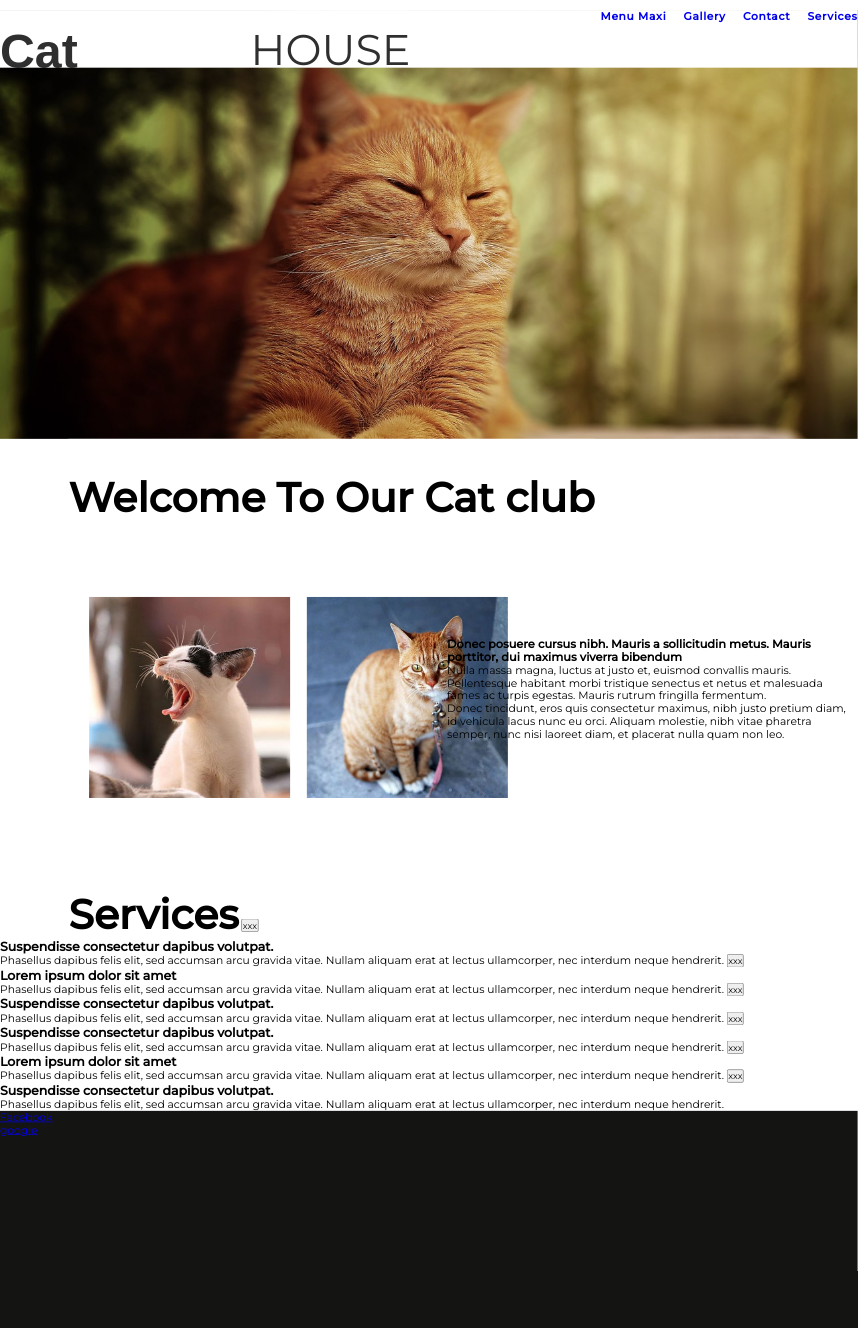
Repository: raul4264/final
Page: index.html
These files come from the project's save history. The page is drawn as it stood at one moment and after the next save; the edit follows.
The browser window is 1280 px wide. The pictures show the whole page, at 67% of full size.

Above is the page before, as saved 2021-03-18 14:04:54.

After the next save:
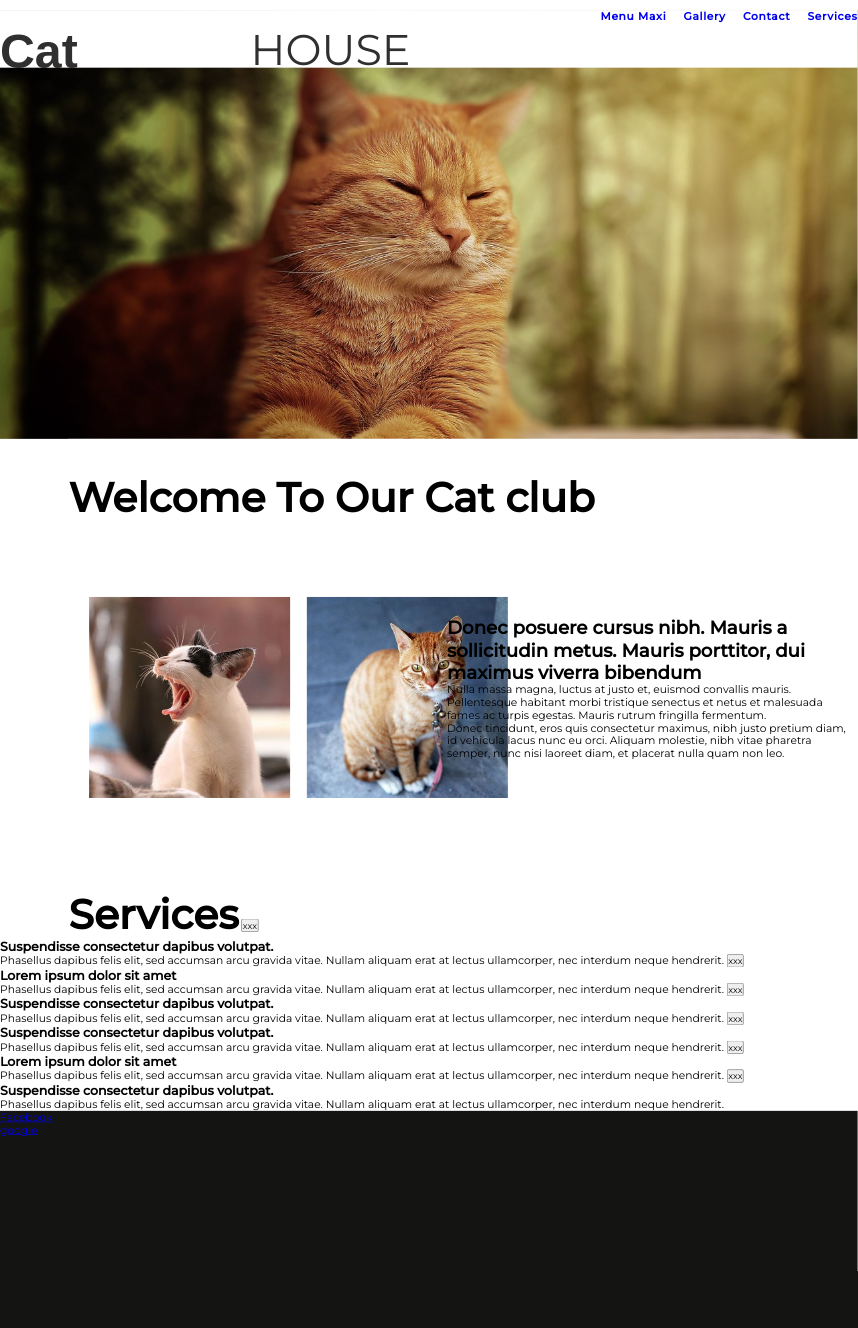
Saved 32 s later.
--- a/css/estilos.css
+++ b/css/estilos.css
@@ -163,6 +163,7 @@
     width: 600px;
     margin-right: 1vw;
     font-size: 10px
+    j
 
 }
 .container3 span{
@@ -170,7 +171,7 @@
 
 }
 span .uno{
-     margin: px 0px;
+
     font-size: 1.7em;
     font-weight: bolder;
 }

After the save that followed:
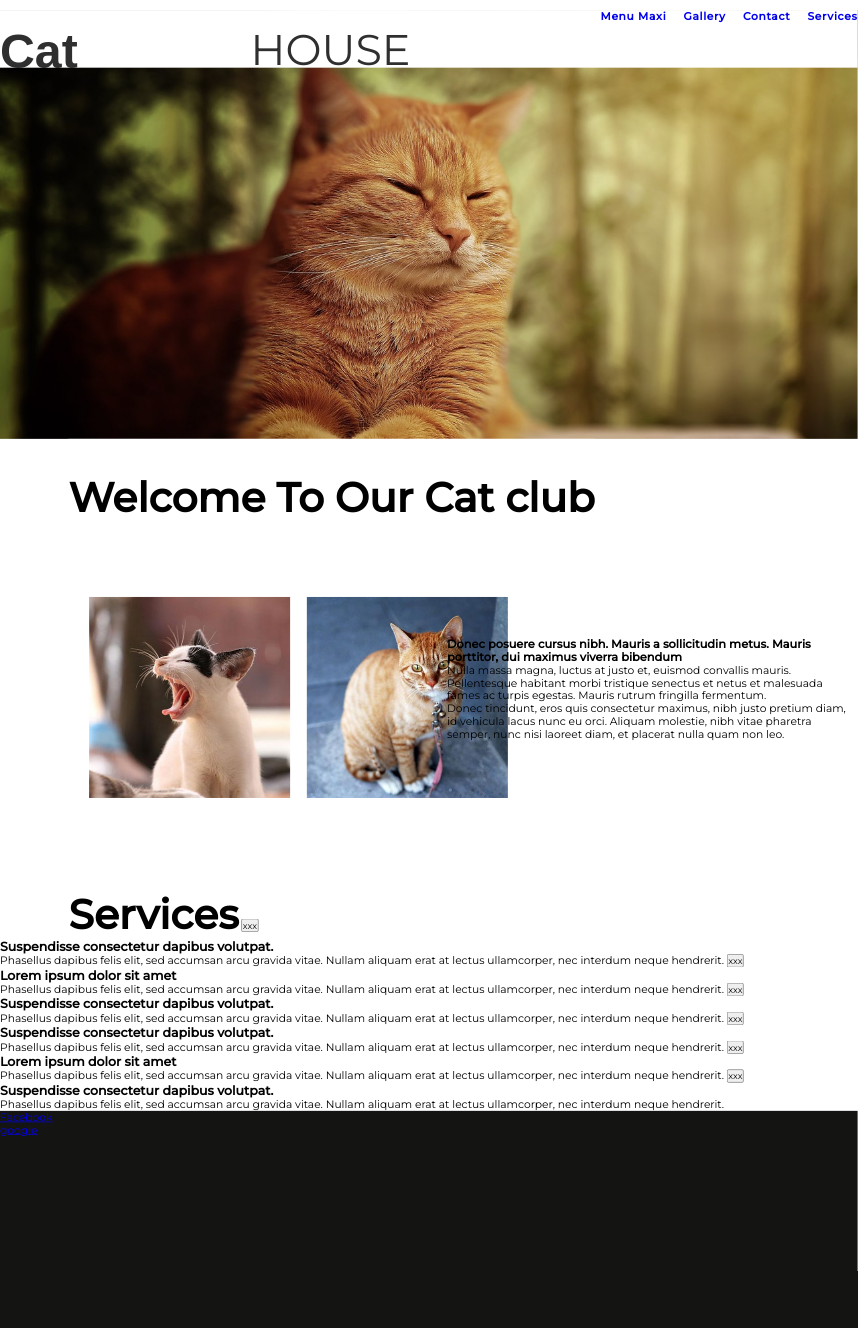
Saved 83 s later.
--- a/css/estilos.css
+++ b/css/estilos.css
@@ -151,6 +151,7 @@
     height: 300px;
    margin-left: 120px;
 
+
 }
 
 img {
@@ -163,7 +164,7 @@
     width: 600px;
     margin-right: 1vw;
     font-size: 10px
-    j
+
 
 }
 .container3 span{
